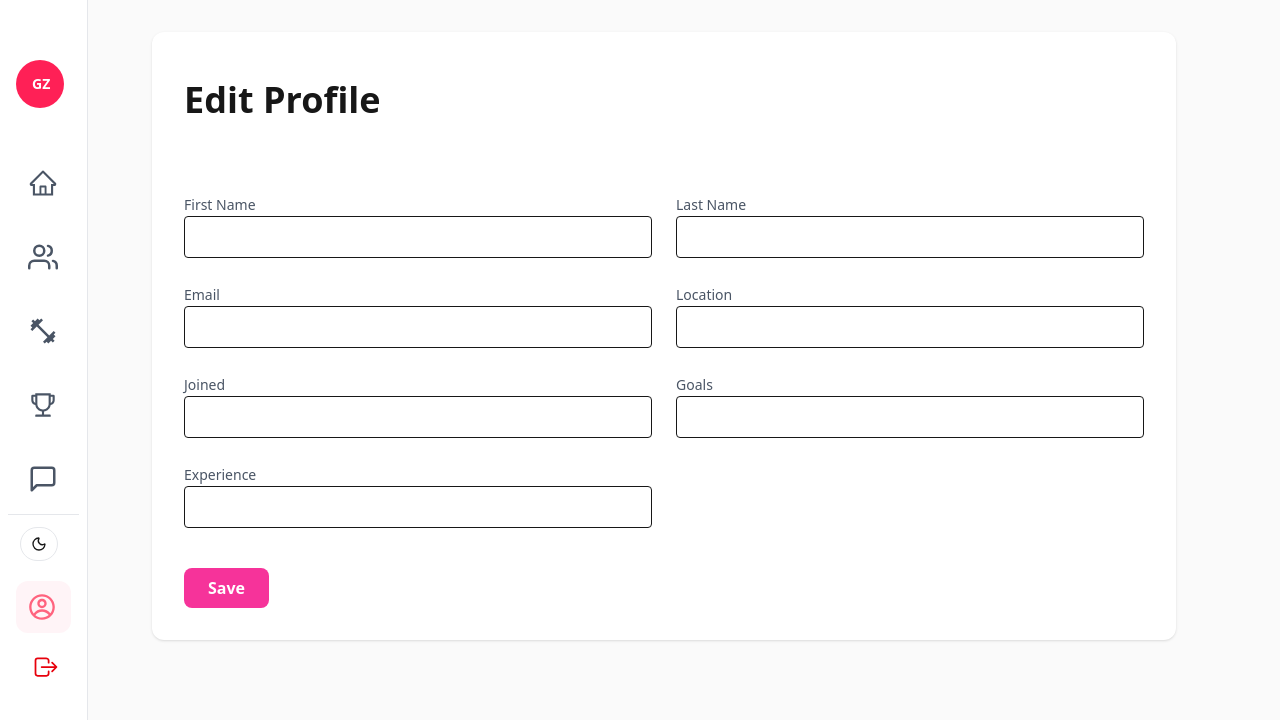
Repository: Brutalxnor/godzilla_fe
Page: /profile/edit
An editor plug-in stored every save of this project. The page is shown before and after the next save, followed by the edit.
The browser window is 1280 px wide. The pictures show the whole page.
The page's requests for data from a server got no answer. The project was rebuilt for these pictures with package versions that can differ from the ones it lists, and the page was loaded fresh each time. The framework's server and built-in components were replaced by stand-ins that run in the browser. No one was signed in, and anything a server would have sent is missing. Also part of the build but not shown: next.config.ts.

Above is the page before, as saved 2025-11-13 13:31:23.

After the next save:
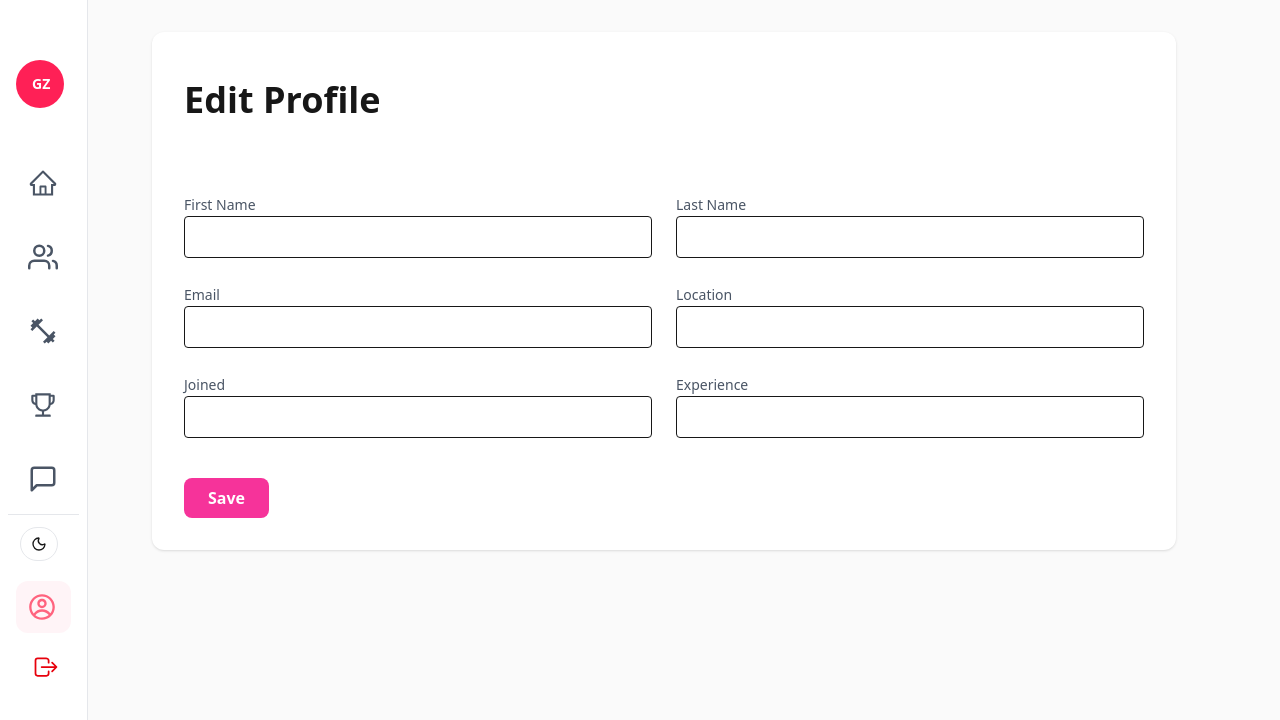
Saved 27 s later.
--- a/app/profile/edit/page.tsx
+++ b/app/profile/edit/page.tsx
@@ -108,14 +108,6 @@ const Page = () => {
                   />
                 </div>
                 <div>
-                  <label className="text-sm text-gray-600">Goals</label>
-                  <input
-                    type="text"
-                    {...register("goals")}
-                    className="input w-full p-2 border rounded"
-                  />
-                </div>
-                <div>
                   <label className="text-sm text-gray-600">Experience</label>
                   <input
                     type="text"
